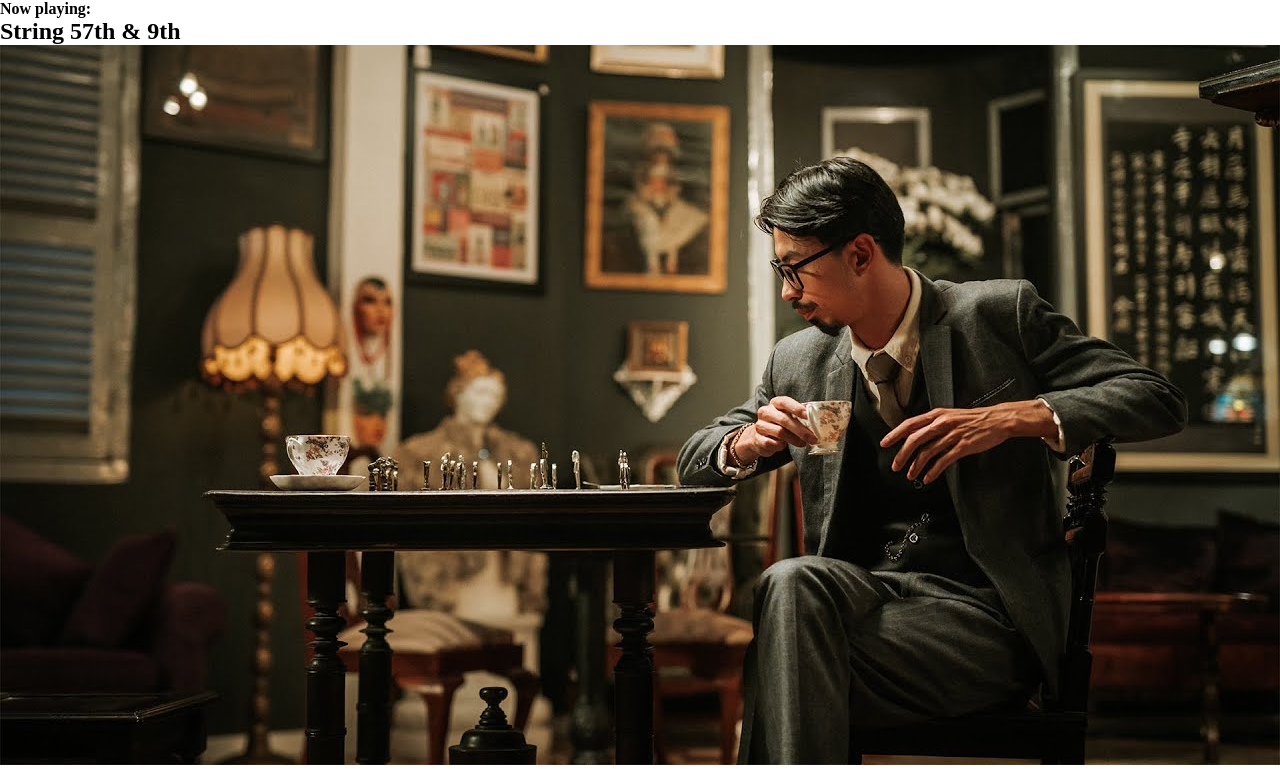
Repository: dovanthao2404/AppMusicPlayer
Page: index.html
An editor plug-in stored every save of this project. The page is shown before and after the next save, followed by the edit.
The browser window is 1280 px wide. The pictures show the whole page.

Above is the page before, as saved 2021-06-28 01:56:50.

After the next save:
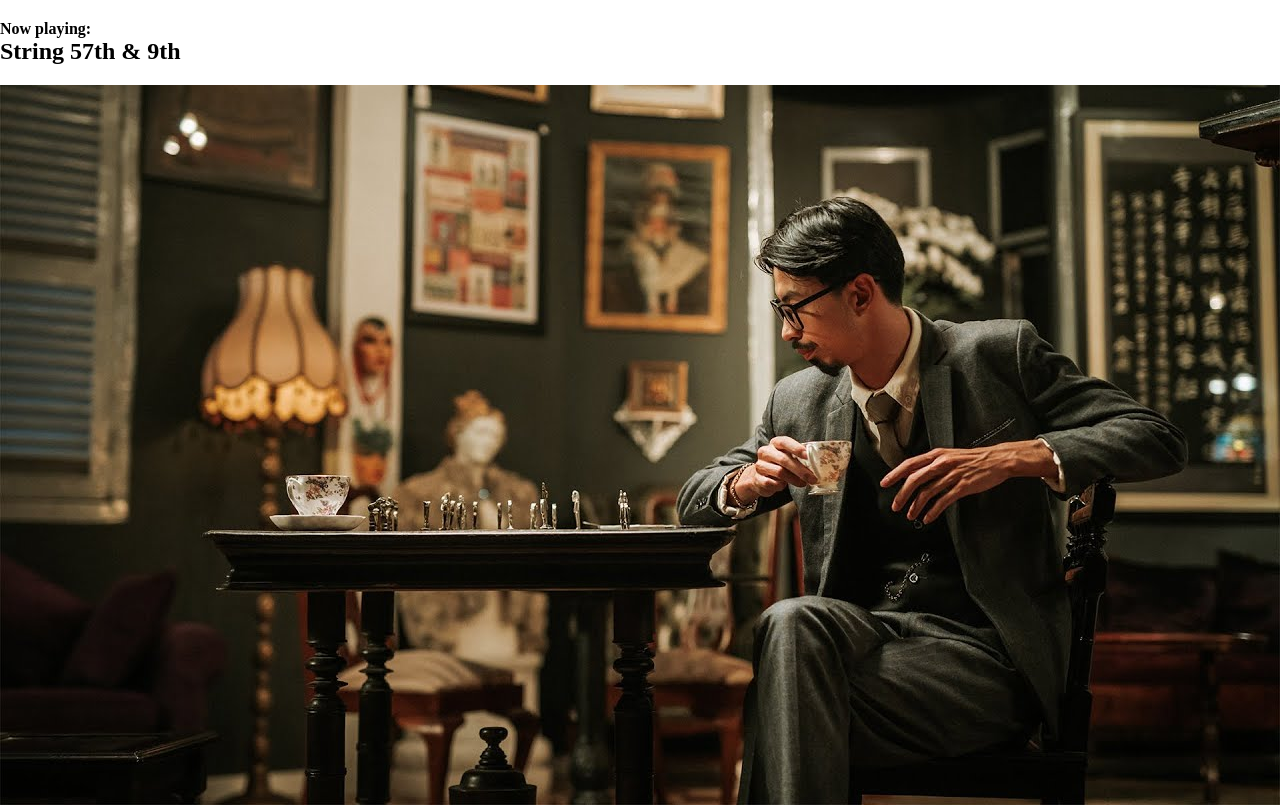
Saved 48 s later.
--- a/css/app.css
+++ b/css/app.css
@@ -7,3 +7,6 @@
 /* PLAYER */
 .dashboards {
 }
+header {
+  margin: 20px 0;
+}
